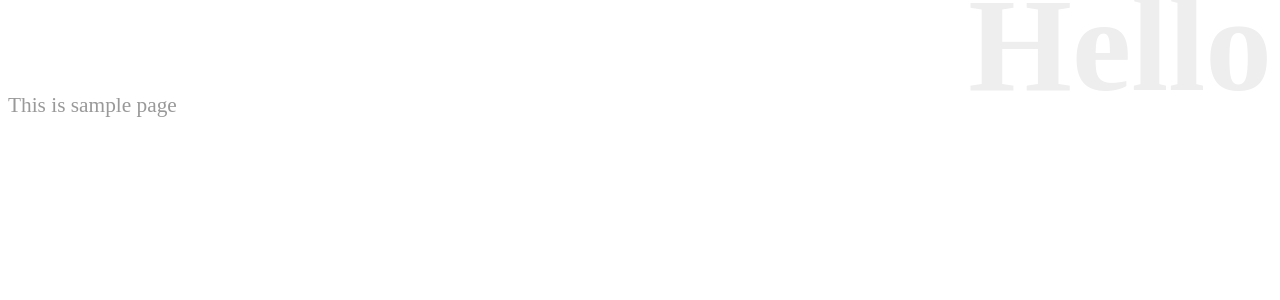
Repository: posse-ap/gen2.0-akira1515
Page: test.html
The author's editor kept a copy of each file at every save. The page is drawn from the files as they stood at one save, then again after a run of saves.
The browser window is 1280 px wide. The pictures show the whole page.

Above is the page before, as saved 2022-06-09 17:32:44.

After the next 2 saves:
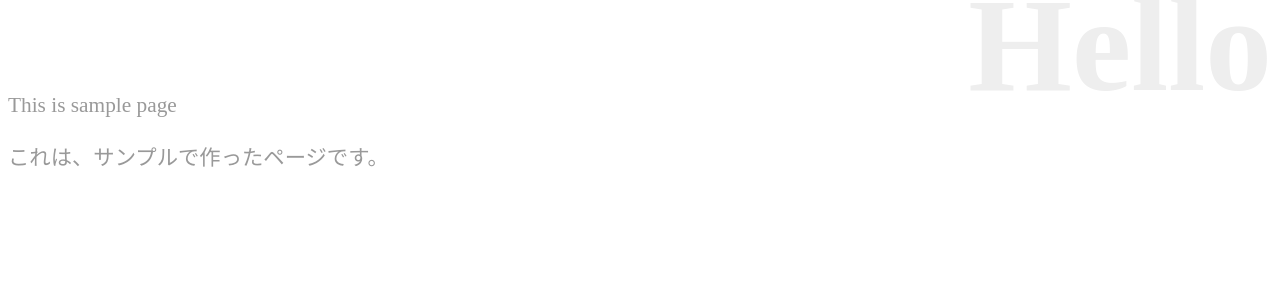
The 2 saves are shown as one change because they came seconds apart.
The last was saved 12 s later.
--- a/test.html
+++ b/test.html
@@ -10,6 +10,6 @@
     <body>
         <h1>Hello</h1>
         <p>This is sample page</p>
-        <p></p>
+        <p>これは、サンプルで作ったページです。</p>
     </body>
 </html>
